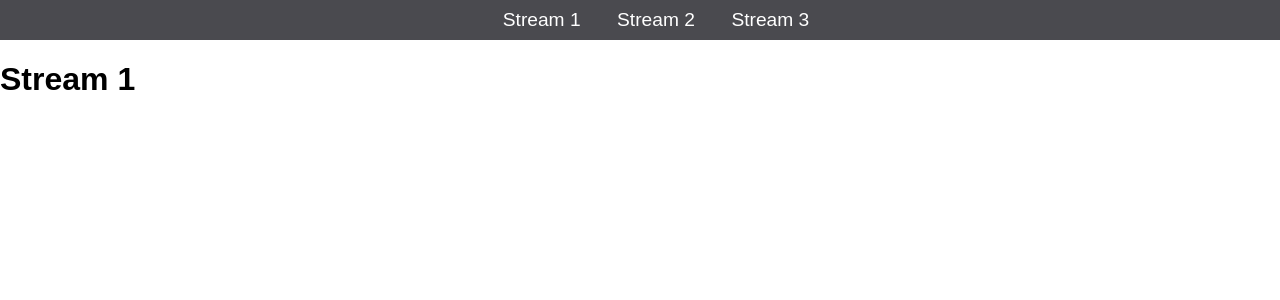
Repository: malc-u/trial
Page: Stream1.html
The author's editor kept a record of every edit. The page is drawn from the files as they stood at one moment, then again after the next edit.
The browser window is 1280 px wide. The pictures show the whole page.

Above is the page before.

After the next edit:
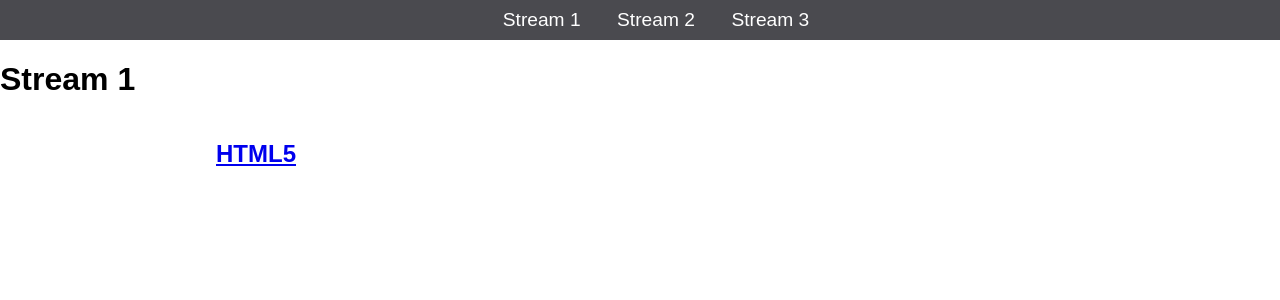
The edit:
--- a/Stream1.html
+++ b/Stream1.html
@@ -17,8 +17,8 @@
       <h1>Stream 1</h1>
       <div class="card">
       <a href=<a href="https://en.wikipedia.org/wiki/HTML5>
-        <img src=""></img>
-        <h2></h2>
+        <img src="https://cdn1.iconfinder.com/data/icons/iconza-circle-social/64/697066-html5-512.png"></img>
+        <h2>HTML5</h2>
       </a>
       </div>
 
